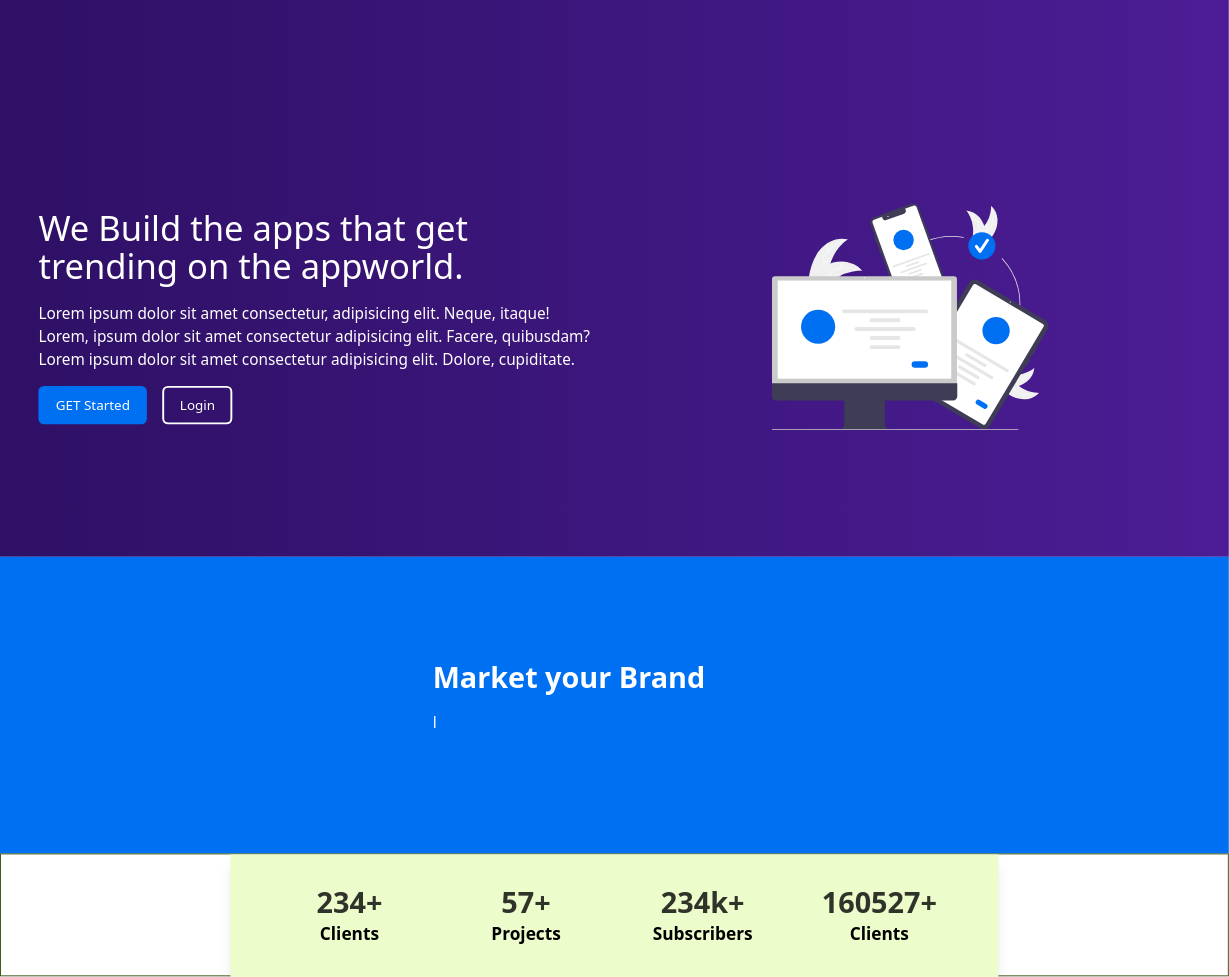
Repository: Kish202/Coz-Marketing-Site
Page: / (app in frontend/)
These files come from the project's save history. The page is drawn as it stood at one moment and after a run of saves; the edit follows.
The browser window is 1280 px wide. The pictures show the whole page, at 96% of full size.
The project was rebuilt for these pictures with package versions that can differ from the ones it lists, and the page was loaded fresh each time. Also part of the build but not shown: frontend/vite.config.js.

Above is the page before, as saved 2025-03-09 20:58:23.

After the next 2 saves:
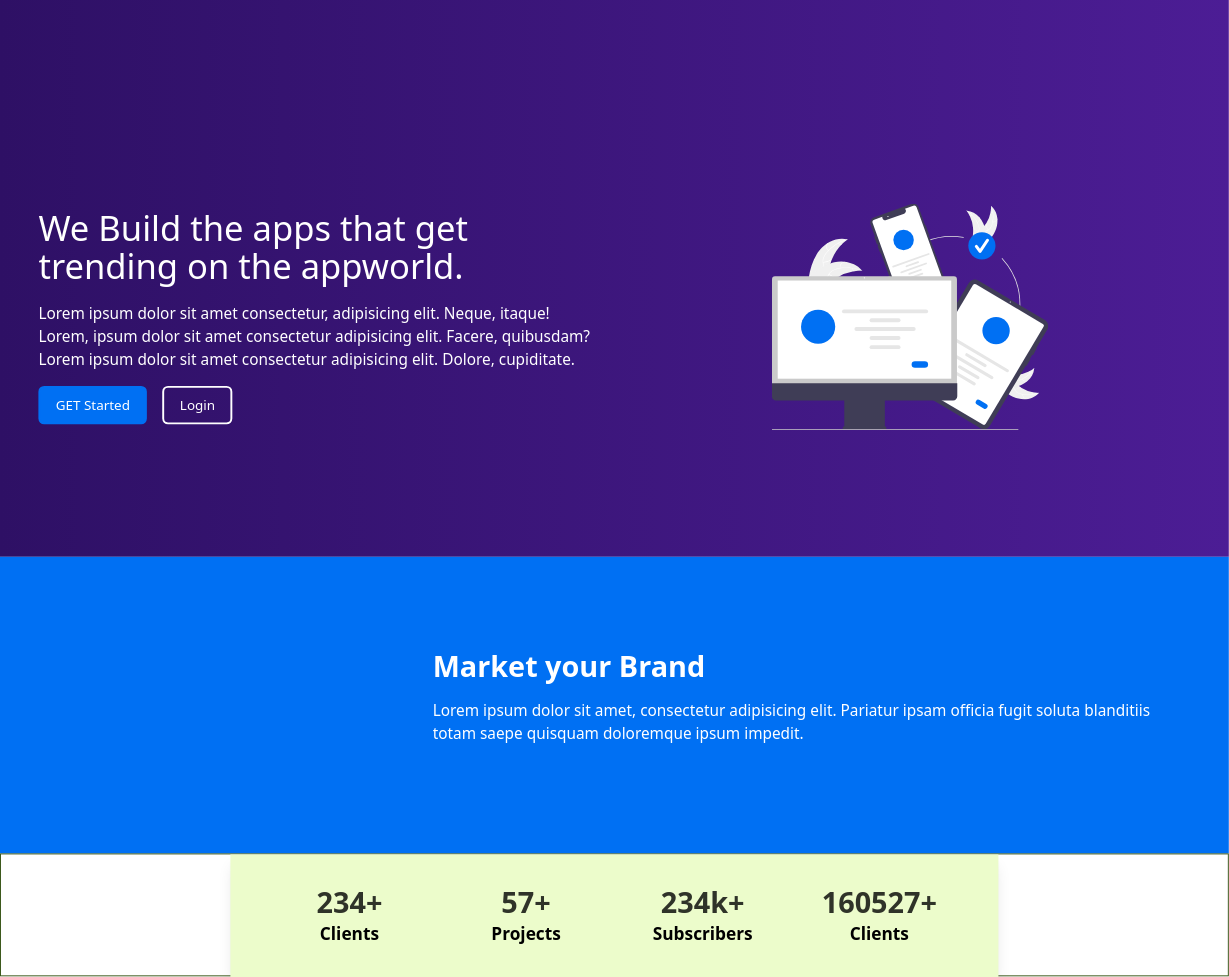
The 2 saves are shown as one change because they came seconds apart.
The last was saved 5 s later.
--- a/frontend/src/components/BannerDetails.jsx/BannerDetails.jsx
+++ b/frontend/src/components/BannerDetails.jsx/BannerDetails.jsx
@@ -16,7 +16,7 @@ function BannerDetails() {
 
 </h1>
 <p className="">
-l
+Lorem ipsum dolor sit amet, consectetur adipisicing elit. Pariatur ipsam officia fugit soluta blanditiis totam saepe quisquam doloremque ipsum impedit.
 </p>
 <b>
 
